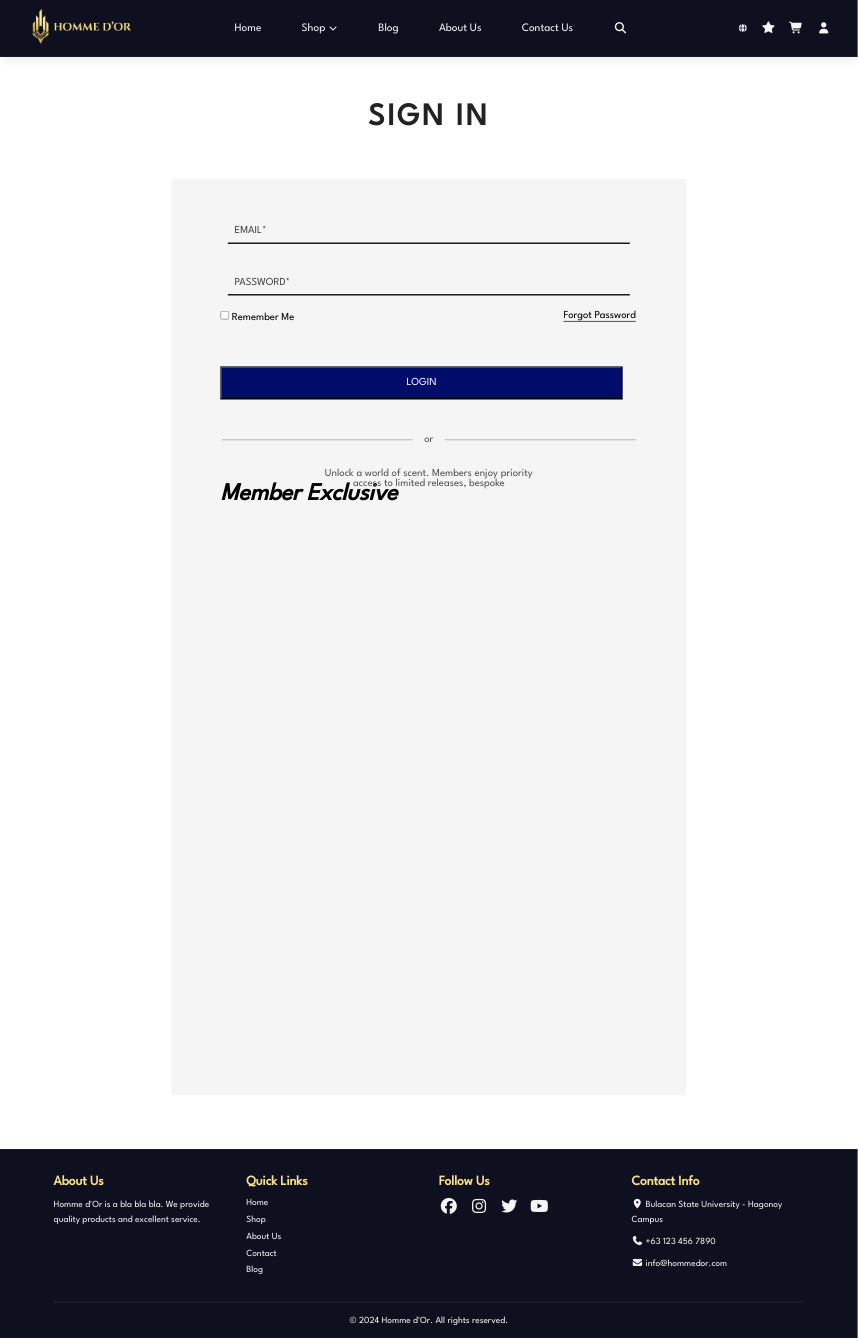
Repository: Izy-Blinken/Homme-d-Or
Page: http://localhost/Homme_dor/pages/login.php?country=ph
The author's editor kept a copy of each file at every save. The page is drawn from the files as they stood at one save, then again after a run of saves.
The browser window is 1280 px wide. The pictures show the whole page, at 67% of full size.
The page is run by PHP 8.4 with error messages shown; the project is at /var/www/html/.

Above is the page before, as saved 2026-01-24 22:48:12.

### pages/login.php
<!DOCTYPE html>
<html>
    <head>
        <title>Sign Up</title>
        <link rel="stylesheet" href="../assets/icons/fontawesome/css/all.min.css">
        <link rel="stylesheet" href="../assets/css/style.css">
    </head>

    <body>

        <?php include '../components/header.php'; ?>

        <main>
            <div class="signupTitle">
                <h2><b>SIGN IN</b></h2>
            </div>

            <div class="signupContainerlog">

                <div class="inputGrouplog">
                    <input type="email" required>
                    <label>EMAIL*</label>
                </div>

                <div class="inputGrouplogPas">
                    <input type="password" required>
                    <label>PASSWORD*</label>
                </div>

                <div class="inputGroupCheckboxlog">
                    <input type="checkbox" required>
                    <label> Remember Me</label>

                </div>

                <div class="forgotP">
                    <a href="forgotP.php">Forgot Password</a>

                </div>


                <div class="logBtn">
                    <button>LOGIN</button>

                </div>

                <div class="orContainer">
                    <div class="line1"></div>
                    <div class="line2"></div>

                    <p>or</p>

                    <h2><i><b>Member Exclusive</b></i></h2>
                    <p class="logParagraph">Unlock a world of scent. Members enjoy priority<br>
                    access to limited releases, bespoke</p>

                </div>

            </div>
        </main>

        <?php include '../components/footer.php'; ?>

    </body>
</html>

### components/header.php
<?php
$currentPage = basename($_SERVER['PHP_SELF']);
?>

<section id="header">
    <a href="index.php">
        <img src="../assets/images/brand_images/prodLogo.png" class="logo" alt="Brand Logo">
    </a>

    <div class="nav-wrapper">
        <ul id="navbar">
            <li><a class="<?php echo ($currentPage == 'index.php') ? 'active' : ''; ?>" href="index.php">Home</a></li>
            <li class="dropdown">
                <a >
                    Shop <i class="fa-solid fa-chevron-down"></i>
                </a>
                <ul class="dropdown-menu">
                    <li><a href="shop.php?category=sale">Sale</a></li>
                    <li><a href="shop.php?category=new-arrival">New Arrival</a></li>
                    <li><a href="shop.php?category=top-picks">Top Picks</a></li>
                    <li><a href="shop.php?category=daily-wear">Daily Wear</a></li>
                    <li><a href="shop.php?category=premium">Premium</a></li>
                </ul>
            </li>
            <li><a class="<?php echo ($currentPage == 'blog.php') ? 'active' : ''; ?>" href="blog.php">Blog</a></li>
            <li><a class="<?php echo ($currentPage == 'AboutUs.php') ? 'active' : ''; ?>" href="AboutUs.php">About Us</a></li>
            <li><a class="<?php echo ($currentPage == 'ContactUs.php') ? 'active' : ''; ?>" href="ContactUs.php">Contact Us</a></li>
            <li><a href="search.php"><i class="fa-solid fa-search"></i></a></li>
        </ul>

        <ul id="navbar-right">
        <li class="dropdown country-dropdown">
            <a href="#">
                <i class="fa-solid fa-globe"></i>
            </a>
            <ul class="dropdown-menu country-menu">
                <li><a href="?country=ph"><span class="flag">🇵🇭</span> Philippines</a></li>
                <li><a href="?country=jp"><span class="flag">🇯🇵</span> Japan</a></li>
                <li><a href="?country=cn"><span class="flag">🇨🇳</span> China</a></li>
                <li><a href="?country=fr"><span class="flag">🇫🇷</span> France</a></li>
            </ul>
        </li>
        <li><a class="<?php echo ($currentPage == 'wishlist.php') ? 'active' : ''; ?>"href="wishlist.php"><i class="fa-solid fa-star"></i></a></li>
            <li><a class="<?php echo ($currentPage == 'cart.php') ? 'active' : ''; ?>" href="cart.php"><i class="fa-solid fa-shopping-cart"></i></a></li>
            <li><a class="<?php echo ($currentPage == 'profile.php') ? 'active' : ''; ?>" href="profile.php"><i class="fa-solid fa-user"></i></a></li>
        </ul>
    </div>
</section>

### components/footer.php
<footer id="footer">
    <div class="footer-content">
        <div class="footer-section">
            <h3>About Us</h3>
            <p>Homme d'Or is a bla bla bla. We provide quality products and excellent service.</p>
        </div>

        <div class="footer-section">
            <h3>Quick Links</h3>
            <ul>
                <li><a href="index.php">Home</a></li>
                <li><a href="shop.php">Shop</a></li>
                <li><a href="AboutUs.php">About Us</a></li>
                <li><a href="ContactUs.php">Contact</a></li>
                <li><a href="blog.php">Blog</a></li>
            </ul>
        </div>

        <div class="footer-section">
            <h3>Follow Us</h3>
            <div class="social-icons">
                <a href="#"><i class="fa-brands fa-facebook"></i></a>
                <a href="#"><i class="fa-brands fa-instagram"></i></a>
                <a href="#"><i class="fa-brands fa-twitter"></i></a>
                <a href="#"><i class="fa-brands fa-youtube"></i></a>
            </div>
        </div>

        <div class="footer-section">
            <h3>Contact Info</h3>
            <p><i class="fa-solid fa-location-dot"></i> Bulacan State University - Hagonoy Campus</p>
            <p><i class="fa-solid fa-phone"></i> +63 123 456 7890</p>
            <p><i class="fa-solid fa-envelope"></i> info@hommedor.com</p>
        </div>
    </div>

    <div class="footer-bottom">
        <p>&copy; 2024 Homme d'Or. All rights reserved.</p>
    </div>
</footer>

Loaded but not shown: assets/icons/fontawesome/css/all.min.css (library); assets/css/style.css (1856 lines, source omitted)

After the next 3 saves:
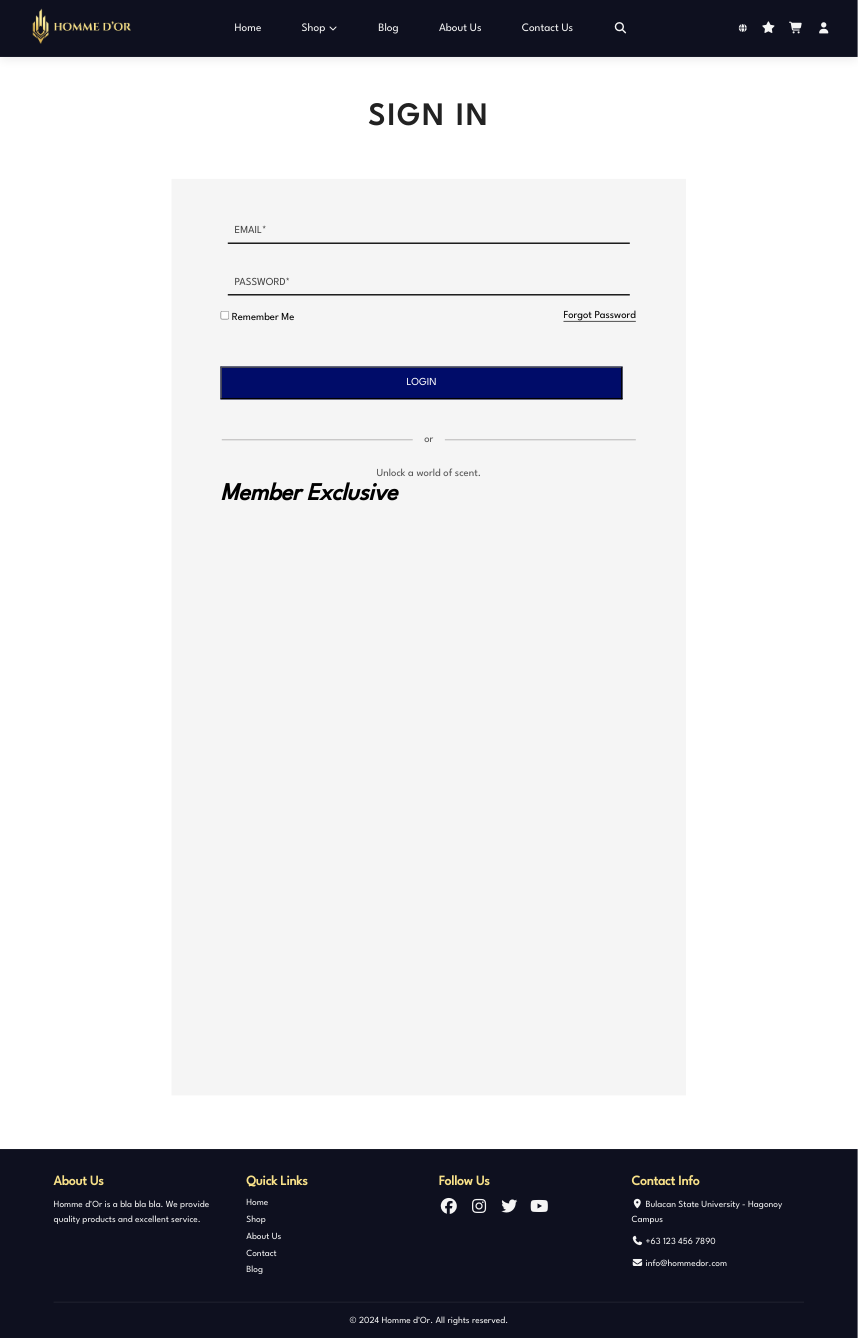
The 3 saves are shown as one change because they came seconds apart.
The last was saved 10 s later.
--- a/pages/login.php
+++ b/pages/login.php
@@ -51,8 +51,7 @@
                     <p>or</p>
 
                     <h2><i><b>Member Exclusive</b></i></h2>
-                    <p class="logParagraph">Unlock a world of scent. Members enjoy priority<br>
-                    access to limited releases, bespoke</p>
+                    <p class="logParagraph">Unlock a world of scent. </p>
 
                 </div>
 
